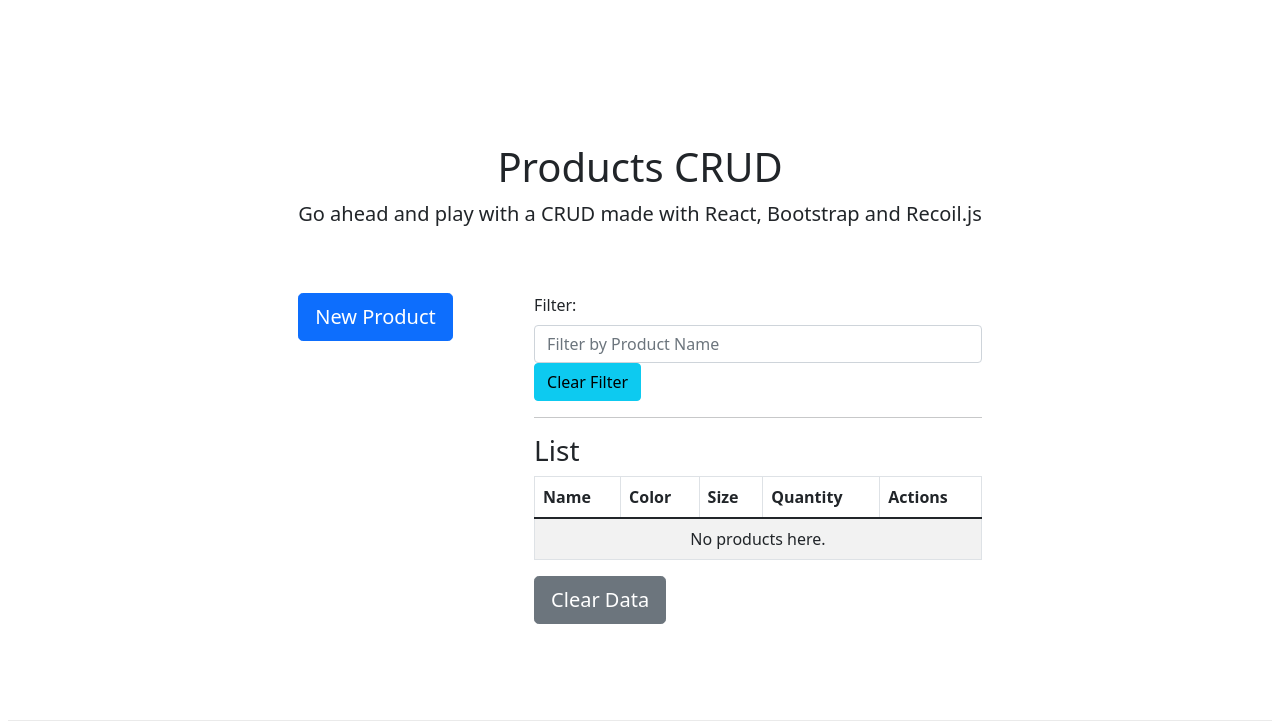
Repository: vperea95/crud-next
Page: /
An editor plug-in stored every save of this project. The page is shown before and after the next save, followed by the edit.
The browser window is 1280 px wide. The pictures show the whole page.
The project was rebuilt for these pictures with package versions that can differ from the ones it lists, and the page was loaded fresh each time. The framework's server and built-in components were replaced by stand-ins that run in the browser. Also part of the build but not shown: next.config.js.

Above is the page before, as saved 2021-11-19 14:36:55.

After the next save:
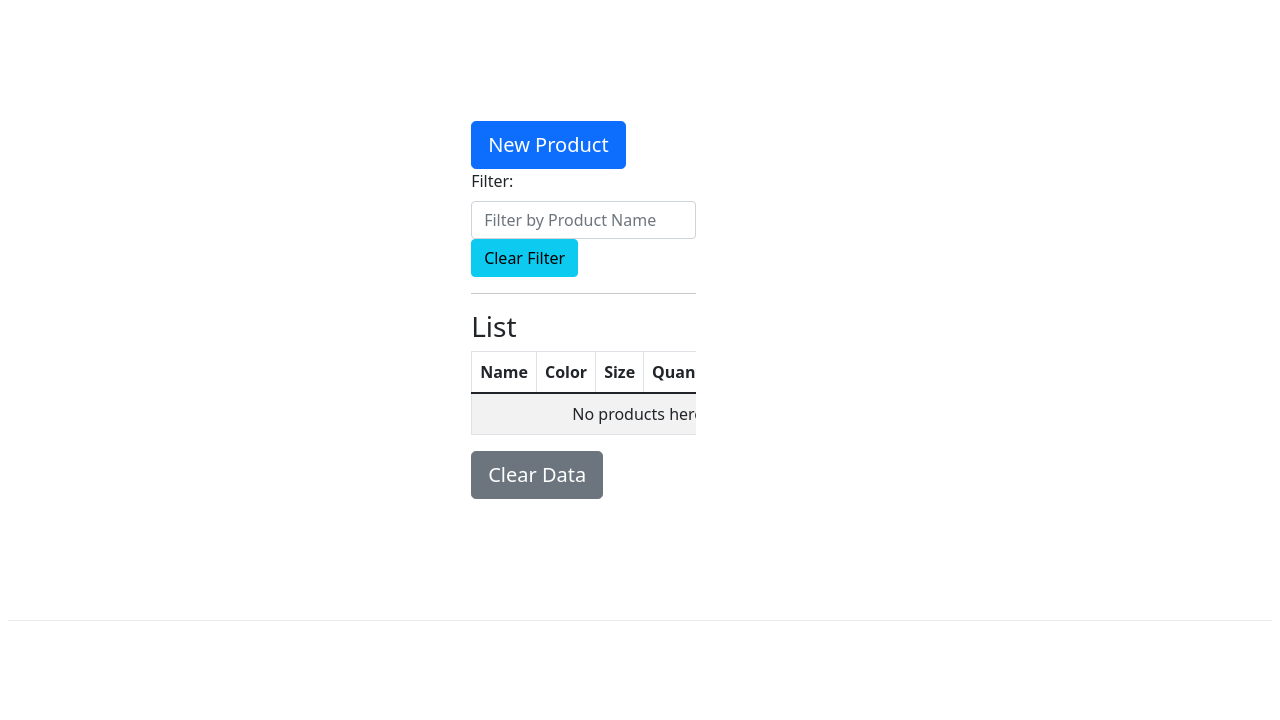
Saved 2 min 9 s later.
--- a/pages/app.js
+++ b/pages/app.js
@@ -9,14 +9,7 @@ import ListProducts from "../components/ListProducts";
 function App() {
   return (
     <Container className="p-3">
-      <div className="py-5 text-center">
-        <h1>Products CRUD</h1>
-        <p className="lead">
-          Go ahead and play with a CRUD made with React, Bootstrap and Recoil.js
-        </p>
-      </div>
-      <Row>
-        <Col>
+      <Col>
           <AddProduct />
         </Col>
         <Col className="col-8">
@@ -24,7 +17,6 @@ function App() {
           <hr />
           <ListProducts />
         </Col>
-      </Row>
     </Container>
   );
 }
